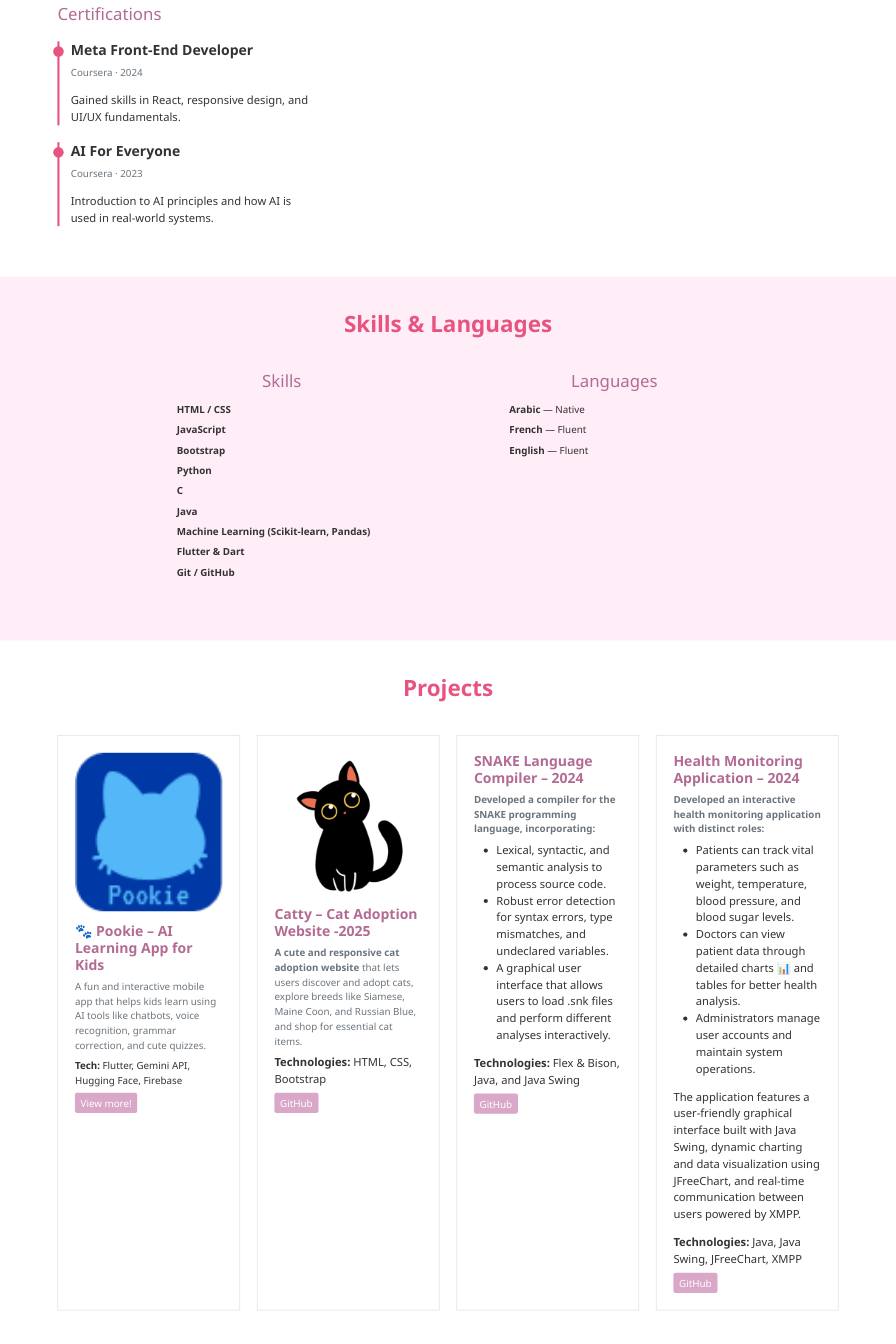
Repository: rihebtlh/portfolio
Page: new.html
The author's editor kept a copy of each file at every save. The page is drawn from the files as they stood at one save, then again after the next save.
The browser window is 1280 px wide. The pictures show the part of the page from y = 1723 to 3643 px (the page is 3643 px tall), at 70% of full size.

Above is the page before, as saved 2025-07-02 16:34:34.

After the next save:
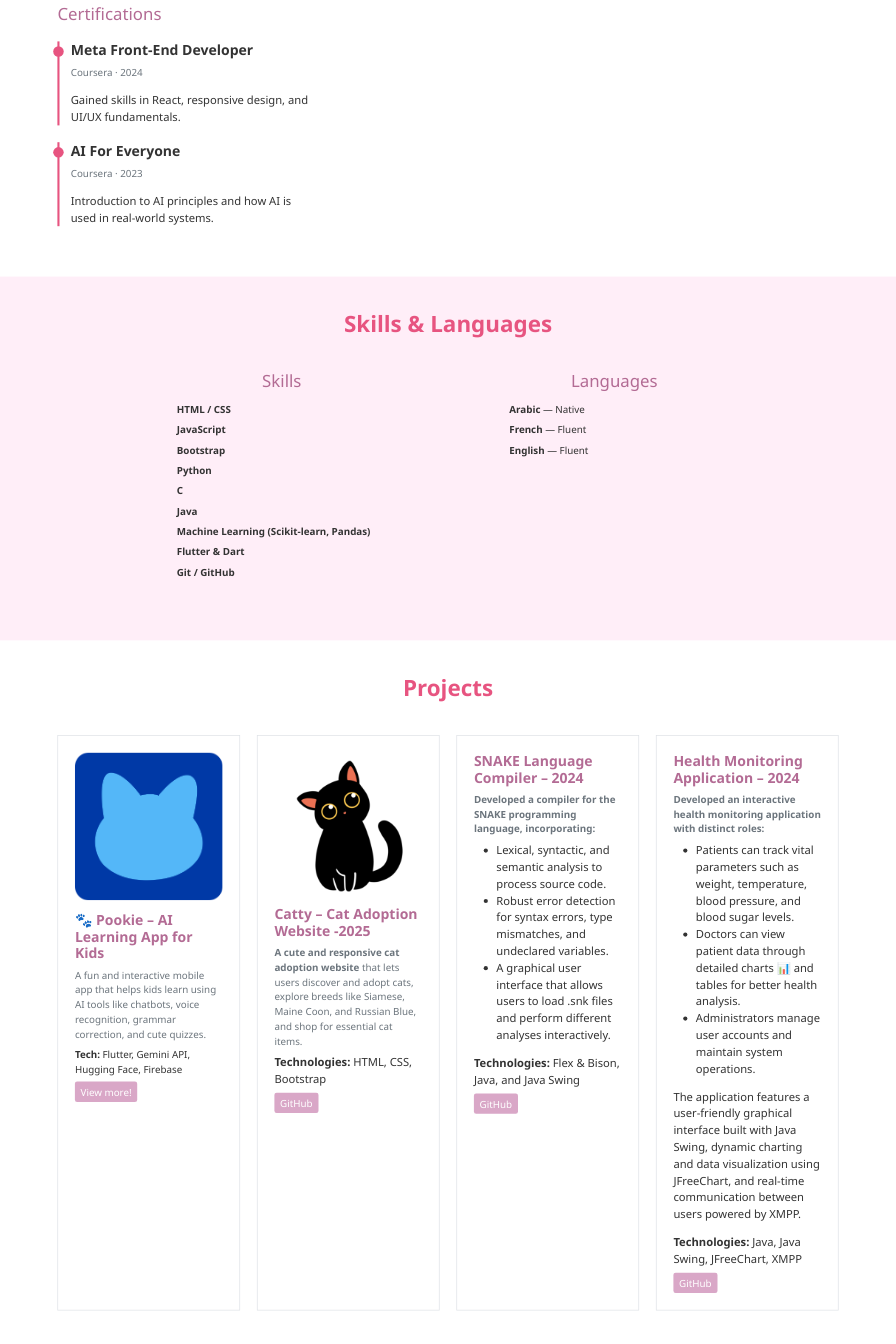
Saved 12 min 46 s later.
--- a/new.html
+++ b/new.html
@@ -263,7 +263,7 @@
         <div class="row justify-content-center g-4">
           <div class="col-md-3">
             <div class="p-4 border rounded-4 h-100" style="border-color: #ffd6e8; background-color: #fff;">
-              <img src="assets/pookie.png" alt="Pookie App Preview" class="img-fluid rounded mb-3" style="max-height: 300px; width: 100%; object-fit: cover;">
+              <img src="assets/Group.png" alt="Pookie App Preview" class="img-fluid rounded mb-3" style="max-height: 300px; width: 100%; object-fit: cover;">
               <h5 class="fw-bold" style="color: #b36b94;">🐾 Pookie – AI Learning App for Kids</h5>
               <p class="text-muted small mb-2">
                 A fun and interactive mobile app that helps kids learn using AI tools like chatbots, voice recognition, grammar correction, and cute quizzes.
